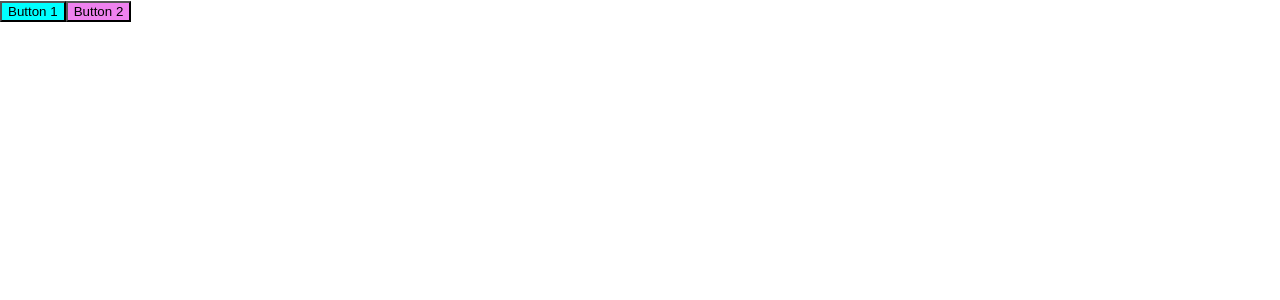
Repository: dnjfht/css-example
Page: /
An editor plug-in stored every save of this project. The page is shown before and after the next save, followed by the edit.
The browser window is 1280 px wide. The pictures show the whole page.
The project was rebuilt for these pictures with package versions that can differ from the ones it lists, and the page was loaded fresh each time.

Above is the page before, as saved 2023-05-11 16:23:26.

After the next save:
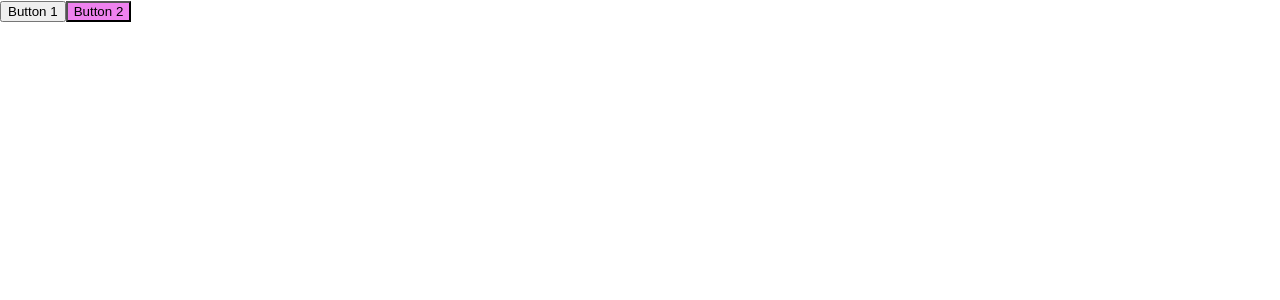
Saved 18 s later.
--- a/src/components/Button1.js
+++ b/src/components/Button1.js
@@ -1,7 +1,7 @@
 import React from "react";
 
 export default function Button1() {
-  return <button style={{ backgroundColor: "aqua" }}>Button 1</button>;
+  return <button>Button 1</button>;
 }
 
 // 기본적인 css 파일을 사용했을 때의 문제점 :
